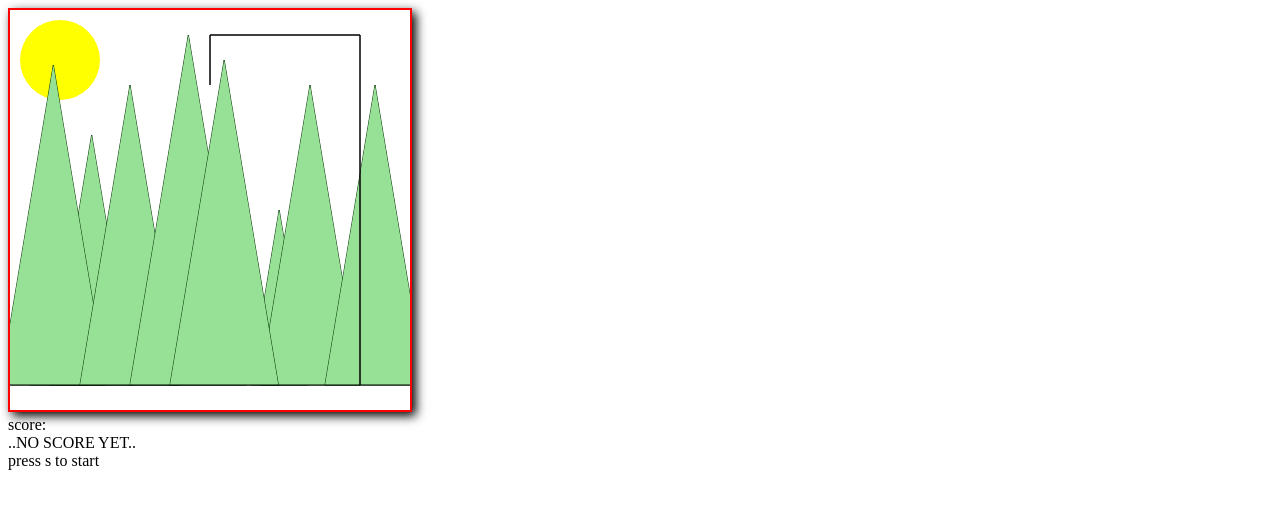
Repository: amp89/hangman
Page: hangmanJava/HangmanSpring/WebContent/index.html
An editor plug-in stored every save of this project. The page is shown before and after the next save, followed by the edit.
The browser window is 1280 px wide. The pictures show the whole page.
The page's requests for data from a server got no answer.

Above is the page before, as saved 2016-05-20 21:56:28.
Console error (its wording comes from the project's code and is left out).

### hangmanJava/HangmanSpring/WebContent/index.html
<!DOCTYPE html>

<html>
<head>
<link rel="stylesheet" type="text/css" href="css/stylesheet.css" />
</head>

<body>
  <canvas id="canvas" width="400" height="400"></canvas>
  <div id="parts"></div>

  <div id="message"></div>
  <div id="topScores"></div>
  <div id="clock"></div>
  <div id="initials"></div>
  <div id="guessedLetterBox"></div>
  <div id="wordbox"></div>
  score: <div id="score"></div>
  <div id="startPrompt">press s to start</div>

<script src="js/hangman.js"></script>
<!-- this one needs to go away -->
<!-- <script src="testDrawingStuff.js"></script> -->

</body>

</html>

### hangmanJava/HangmanSpring/WebContent/css/stylesheet.css

#canvas{
  border: 2px solid red;
  box-shadow: 4px 4px 10px 0px black;
}


#left{
	float:left;
	width:450px;
	height:auto;
	display:inline-block;
	text-align:center;
}

#left{
	float:right;
	width:500px;
	height:auto;
	display:inline-block;
	text-align:left;
}

### hangmanJava/HangmanSpring/WebContent/js/hangman.js
addEventListener('load',function(){
  console.log("hangman.js has been loaded.");
  setCanvasAndContext();
  getHighScores();
});

var topScores = document.getElementById('topScores');
var clock = document.getElementById('clock');
var score = document.getElementById('score');
score.innerHTML = "..NO SCORE YET..";
var intervalID = 0;
var parts = document.getElementById('parts');
//variables
var initials = document.getElementById('initials');
var wordBox = document.getElementById('wordbox');
var message = document.getElementById("message");
var guessedLetterBox = document.getElementById("guessedLetterBox");
var time = 60000; //1 min
var gameState = 0;
//0 - waiting to play, 1 - in game, 2 - win, 3 - lose 4 - prompt
var numberOfLettersInWord = 0;
var numberOfTurnsTaken = 0;
var score = 0;
//score is time left when won
var failNumber = 0;
var maxFails = 13;
//foreach fail number, a different part will be associated
//1 - head //2 - body //3 - l arm //4 - r arm //5 - l leg //6 - r leg
//7  - l hand  //8  - rhand //9  -l foot //10  - r foot // //11 - r eye //12 - l eye //13 - mouth P
var secretWord = "";
var secretWordLetters = [];
var correctlyGuessedLetters = [];
var guessedLetters = [];
var highScores = [];


var canvas = document.getElementById("canvas");
var ctx = canvas.getContext("2d");


var runTimer = function(){
  //if timer > 60s, die
  intervalID = setInterval(
    function(){

      clock.innerHTML = time/1000;
      time -= 1000;
      if(time <= 0){
    	  stopTimer();
        die();
      };
    },1000
  )};

//get a word from the database
var getWord = function(){
  //make restful call to database


  var xhr = new XMLHttpRequest();

  xhr.open('POST','../HangmanSpring/rest/getword/1');
  xhr.setRequestHeader('Content-type','application/json');
  xhr.onreadystatechange = function(){
  	if(xhr.readyState === 4 && xhr.status < 400){
  		//response test stuff
  		console.log(xhr.responseText);
  		console.log(JSON.parse(xhr.responseText));
  		secretWord = JSON.parse(xhr.responseText).name;


  	  var blankCount = secretWord.length;

  	  console.log("BLANKS TO WRITE: " + blankCount);
  	  for(var i = 0; i < blankCount; i++){

  	    secretWordLetters.push(secretWord[i].toUpperCase());
  	    correctlyGuessedLetters.push(" _ ");
  	  };
  	  //TODO test console printout
  	  for(var i = 0; i < secretWordLetters.length; i++){
  	    console.log(secretWordLetters[i]);
  	  }
  	  //print BLANKS (all that is in correctlyGuessedLetters is blanks rn)
  	  placeLetter();


  	}
  };

  //TODO comment this out to make it work
  xhr.send();
//   secretWord = "test";
  console.log("RETURNING SECRET WORD: " + secretWord);
  return secretWord;
};

//get top scores from database
var getHighScores = function(){
  //call to database to return high scores
  //5? 10?
	var xhr = new XMLHttpRequest();

	xhr.open('GET','../HangmanSpring/rest/topscores');
	xhr.setRequestHeader('Content-type','application/json');
	xhr.onreadystatechange = function(){
		if(xhr.readyState === 4 && xhr.status < 400){
			//response test stuff
			console.log(xhr.responseText);
			console.log(JSON.parse(xhr.responseText));
			highScores = JSON.parse(xhr.responseText);
			var ul = document.createElement('ul');
			ul.innerHTML = "TOP SCORES";

			for(var i = 0; i < highScores.length; i++){
				var li = document.createElement('li');
				li.innerHTML = highScores[i].initials + " " + highScores[i].score;
				ul.appendChild(li);
			}

			topScores.appendChild(ul);
		}
	};


	xhr.send();



};


var setScore = function(){
    score = time;
}
//submit score to database
var submitScore = function(){
//  console.log(time*secretWord.length);
//  console.log(document.getElementById('initials').innerHTML);
//  console.log("SUBMITTED SCORE " + score);

  var submitInitial = document.getElementById('initials').innerHTML;
  console.log('submit initial: ' + submitInitial);
  var submitScore = document.getElementById('score').innerHTML;
  console.log('submit score: ' + submitScore);
  var newScore = {
		  initials:submitInitial,
		  score:Number(submitScore)
  		};
  document.getElementById('score').innerHTML = "0";
  console.log(newScore);
  var newScoreJSON = JSON.stringify(newScore);
  console.log(newScoreJSON);

  var xhr = new XMLHttpRequest();

  xhr.open('POST','../HangmanSpring/rest/submitscore');
  xhr.setRequestHeader('Content-type','application/json');
  xhr.onreadystatechange = function(){
  	if(xhr.readyState === 4 && xhr.status < 400){
  		//response test stuff
  		console.log('score submission done');
  /* 		console.log(xhr2.responseText);
  		console.log(JSON.parse(xhr2.responseText)); */
  	}
  };

  xhr.send(newScoreJSON);


  gameState = 4;

};

//key listener
//most of game logic will be run from here, because its all key event based (obviously)
addEventListener('keyup',function(e){
  e.preventDefault();
  var characterPressed = "";
    if(e.keyCode < 91 && e.keyCode > 64){
      characterPressed =  String.fromCharCode(e.keyCode).toUpperCase();
    };
    console.log(characterPressed);

    if(gameState === 4 && e.keyCode === 13){
      gameState = 0;
      setupGame();
    }

    if(gameState === 4 && e.keyCode === 27){
      message.innerHTML = "FINE";
      exitProgram();
    }

    if(gameState === 3 && e.keyCode === 13){
      promptPlayAgain();
    }

    //submit nitial
    if(gameState === 2 && e.keyCode === 13){
      submitScore();
      promptPlayAgain();

    }
    //enter initials
    if(gameState === 2 && (e.keyCode < 91 && e.keyCode > 64)){

      if(initials.innerHTML.length < 3) //why does this have to be 3!?!?
      {
      initials.innerHTML += characterPressed;
      }


    }

    //this needs to be above the start or it will automatically guess s
    if(gameState === 1 && (e.keyCode < 91 && e.keyCode > 64)){
      console.log("playing!");
      //check if letter has already been guessed
      if(guessedLetters.indexOf(characterPressed) === -1){
        guessedLetters.push(characterPressed);

        checkLetters(characterPressed);
      }else{
        message.innerHTML = "That letter was already guessed, try again stupid.";
      }

    }

  if(gameState === 0 && characterPressed === 'S'){
    console.log("GAMESTATE:" + gameState);
    console.log("START PRESSED");
    setupGame();
  }



  //esc, are you sure you want to quit

});

var setupGame = function(){
  parts.innerHTML = "NUMBER OF FAILS: 0";
  guessedLetters = [];
  guessedLetterBox.innerHTML = "";
  initials.innerHTML = "";
  wordBox.innerHTML = "";
  message.innerHTML = "";
  console.log("failnumber IST " + failNumber);
    correctlyGuessedLetters = [];
    secretWordLetters = []
    secretWord = "";
  time = 60000; //1 min
  gameState = 0;
  //0 - waiting to play, 1 - in game, 2 - win, 3 - lose
  numberOfTurnsTaken = 0;
  score = 0;
  console.log("failnumber IST " + failNumber);
  setCanvasAndContext();
  //score is time left when won
   //i messed up somewhere so its gettign set to one when ethe player restarts

  runTimer();
  displayBlanks();
  //switch gameState to in game;
  gameState = 1;
  failNumber = 0;
  console.log("gstate ist " + gameState);
  console.log("failnumber IST " + failNumber);

}

//display blank spaces based on number of letters in the word
var displayBlanks = function(){
	getWord();

};

//check if letters are in the word
var checkLetters = function(characterPressed){
  //put the guessed letter on the screeen
  guessedLetterBox.innerHTML += " " + characterPressed + " ";
  //send index to place letter thing foreach time the letter is in the thing
  console.log("checking letters now......");
  console.log("NUMBER OF MISSES = " + failNumber);
  var correctWordCountForTurn = 0;
  for(var i = 0; i<secretWordLetters.length; i++){
    if(secretWordLetters[i] === characterPressed){
      //place letter fuction
      correctlyGuessedLetters[i] = characterPressed;
      correctWordCountForTurn++;
    }
  };
  if(correctWordCountForTurn < 1){
    failNumber++; //TODO on restart, its incrementing here
    drawOnCanvas(failNumber);
    console.log("FAIL NUMBER IS NOW: " + failNumber);
    placePart();
    //test
    for(var i = 0; i < correctlyGuessedLetters.length; i++){
      console.log(correctlyGuessedLetters[i]);
    };

  }
  placeLetter();
  //if correctly guessed letters contain no " _ "
  if((correctlyGuessedLetters.indexOf(" _ ") === -1) && (failNumber < maxFails)){
    //stop timer
    stopTimer();
    win();
  }else if(failNumber >= maxFails){
    //stop timer
    stopTimer();
    die();
  }

};
var stopTimer = function(){
    clearInterval(intervalID);

}

//win
var win = function(){
  message.innerHTML = "WOW YOU WIN";
  console.log("win function, omg you won ur so smart");
  message.innerHTML = "Enter your initials, and press Enter.";
  setScore();
  console.log("SCORE:::: " + score);
//  var scoreout = "score: " + score;
  var scoreDiv = document.getElementById('score');
  scoreDiv.innerHTML = score;
  gameState = 2;
};
//lose
var die = function(){
  message.innerHTML = "WOW YOU SUCK press enter to continue";
  gameState = 3;
};
//replace a blank with a letter
var placeLetter = function(index,char){
  wordBox.innerHTML = "";
  for(var i = 0; i < correctlyGuessedLetters.length; i++){

    wordBox.innerHTML += " "+correctlyGuessedLetters[i]+" ";
  }
};
//place a part on the hangman guy
var placePart = function(){

  parts.innerHTML = "NUMBER OF FAILS: " + failNumber;
};
//play again
var promptPlayAgain = function(){
  gameState = 4;
  //top scores
//  topScores.style.display = "none";
//  //clock
//  clock.style.display = 'none';
//
//  //initials
//  initials.style.display = 'none';
//  //guessedLetterBox
//  guessedLetterBox.style.display = 'none';
//  //wordbox
//  wordBox.style.display = 'none';
//
//  //score
//  score.style.display = 'none';
  //startPrompt
  message.innerHTML = "Wanna play again? Enter for yes, Escape for no.";

};



//canvas stuff

var setCanvasAndContext = function(){
  ctx.clearRect(0,0,400,400);
  drawSun();
  drawTree(20,175);
  drawTree(40,250);
  drawTree(-10,320);
  drawTree(70,300);
  drawTree(240,175);
  drawTree(250,300);
  drawTree(120,350);
  drawTree(160,325);
  drawTree(315,300);
  drawNoose();
};

var drawSun = function(){
  ctx.beginPath();
  var x = 50;
  var y = 50;
  ctx.arc(x,y,40,0,2*Math.PI);
  ctx.fillStyle = 'yellow';
  ctx.strokeStyle = 'black';
  ctx.fill();
  // ctx.stroke();
  //make sure it goes back to black
  ctx.fillStyle = 'black';
};

var drawTree = function(x,y){
  console.log("drawing tree")
  ctx.beginPath();
  var x = x;
  ctx.moveTo(x,375);
  ctx.lineTo(x+(y/6),(375-y));
  ctx.lineTo(x+y/3,375);


  ctx.fillStyle = "rgb(150,225,150)";
  ctx.strokeStyle = "rgb(0,50,0)";
  // ctx.fill()
  // ctx.stroke();
  ctx.closePath();
  ctx.stroke();
  ctx.fill();
  ctx.fillStyle = 'black';
  ctx.strokeStyle = 'black';
}

var drawNoose = function(){
  ctx.beginPath()
  ctx.moveTo(200,75);
  ctx.lineTo(200,25);
  ctx.lineTo(350,25);
  ctx.lineTo(350,375);
  ctx.stroke();
  ctx.moveTo(0,375);
  ctx.lineTo(400,375);
  ctx.stroke();
}

//1
var drawHead = function(){
  console.log('drawing head');
ctx.beginPath();
ctx.fillStyle = 'white';
ctx.strokeStyle = 'black';
// ctx.fillStyle = 'black';
ctx.arc(200,115,40,0,2*Math.PI)
ctx.stroke();
ctx.fill();
};
// ctx.fillStyle = 'black';

// ctx.fill();
//2
var drawBody = function(){
  ctx.beginPath();
  ctx.moveTo(200,155);
  ctx.lineTo(200,260);
  ctx.stroke();
};
//3
var drawLeftArm = function(){
  ctx.beginPath();
  ctx.moveTo(200,200);
  ctx.lineTo(130,160);
  ctx.stroke();
};
//4
var drawRightArm = function(){
  ctx.beginPath();
  ctx.moveTo(200,200);
  ctx.lineTo(270,160);
  ctx.stroke();
};
//5
var drawLeftLeg = function(){
  console.log('left leg');
  ctx.beginPath();
  ctx.moveTo(200,260);
  ctx.lineTo(150,330);
  ctx.stroke();
};
//6
var drawRightLeg = function(){
  console.log('left leg');
  ctx.beginPath();
  ctx.moveTo(200,260);
  ctx.lineTo(250,330);
  ctx.stroke();
};
//7
var drawRightHand = function(){
  ctx.beginPath();
  ctx.fillStyle = 'white';
  ctx.strokeStyle = 'black';
  var x = (270 + 7.07106781187);
  var y = (160 - 7.07106781187);
  ctx.arc(x,y,10,0,2*Math.PI);
  ctx.stroke();
  ctx.fill();
};
//8
var drawLeftHand = function(){
  ctx.beginPath();
  ctx.fillStyle = 'white';
  ctx.strokeStyle = 'black';
  var x = (130 - 7.07106781187);
  var y = (160 - 7.07106781187);
  ctx.arc(x,y,10,0,2*Math.PI);
  ctx.stroke();
  ctx.fill();
};
//9
var drawRightFoot = function(){
  ctx.beginPath();
  ctx.fillStyle = 'white';
  ctx.strokeStyle = 'black';
  var x = (250 + 7.07106781187);
  var y = (330 + 7.07106781187);
  ctx.arc(x,y,10,0,2*Math.PI);
  ctx.stroke();
  ctx.fill();
};
//10
var drawLeftFoot = function(){
  ctx.beginPath();
  ctx.fillStyle = 'white';
  ctx.strokeStyle = 'black';
  var x = (150 - 7.07106781187);
  var y = (330 + 7.07106781187);
  ctx.arc(x,y,10,0,2*Math.PI);
  ctx.stroke();
  ctx.fill();
};
//11
var drawLeftEye = function(){
  ctx.beginPath();
  var x = (190);
  var y = (105);
  ctx.arc(x,y,8,0,2*Math.PI);
  ctx.stroke();
};
//12
var drawRightEye = function(){
  ctx.beginPath();
  var x = (210);
  var y = (105);
  ctx.arc(x,y,8,0,2*Math.PI);
  ctx.stroke();
};
//13
var drawMouth = function(){
  ctx.beginPath();
  var x = (200);
  var y = (130);
  ctx.arc(x,y,8,0,Math.PI,true);
  ctx.stroke();
};

var exitProgram = function(){
  ctx.clearRect(0,0,400,400);

  ctx.fillStyle = "white";
  ctx.strokeStyle = "black";
  ctx.beginPath();
  ctx.arc(75,75,30,0,2*Math.PI);
  ctx.stroke();
  ctx.beginPath();
  ctx.arc(325,75,30,0,2*Math.PI);
  ctx.stroke();

    ctx.beginPath();

    ctx.arc(200,300,150,0,Math.PI,true);
    ctx.stroke();
    ctx.fillStyle = "black";
    ctx.font = "40px Arial";
    ctx.fillText("GOODBYE",90,350);

};

var drawAllTestDeleteThis = function(){
  setCanvasAndContext();


  drawHead();
  drawBody();
  drawLeftArm();
  drawRightArm();
  drawLeftLeg();
  drawRightLeg();
  drawRightHand();
  drawLeftHand();
  drawRightFoot();
  drawLeftFoot();
  drawLeftEye();
  drawRightEye();
  drawMouth();




};

//draw switch
var drawOnCanvas = function(failNumber){
  switch (failNumber) {
    case 1:drawHead();break;
    case 2:drawBody();break;
    case 3:drawLeftArm();break;
    case 4:drawRightArm();break;
    case 5:drawLeftLeg();break;
    case 6:drawRightLeg();break;
    case 7:drawLeftHand();break;
    case 8:drawRightHand();break;
    case 9:drawLeftFoot();break;
    case 10:drawRightFoot();break;
    case 11:drawLeftEye();break;
    case 12:drawRightEye();break;
    case 13:drawMouth();break;

    default:

  }
}

After the next save:
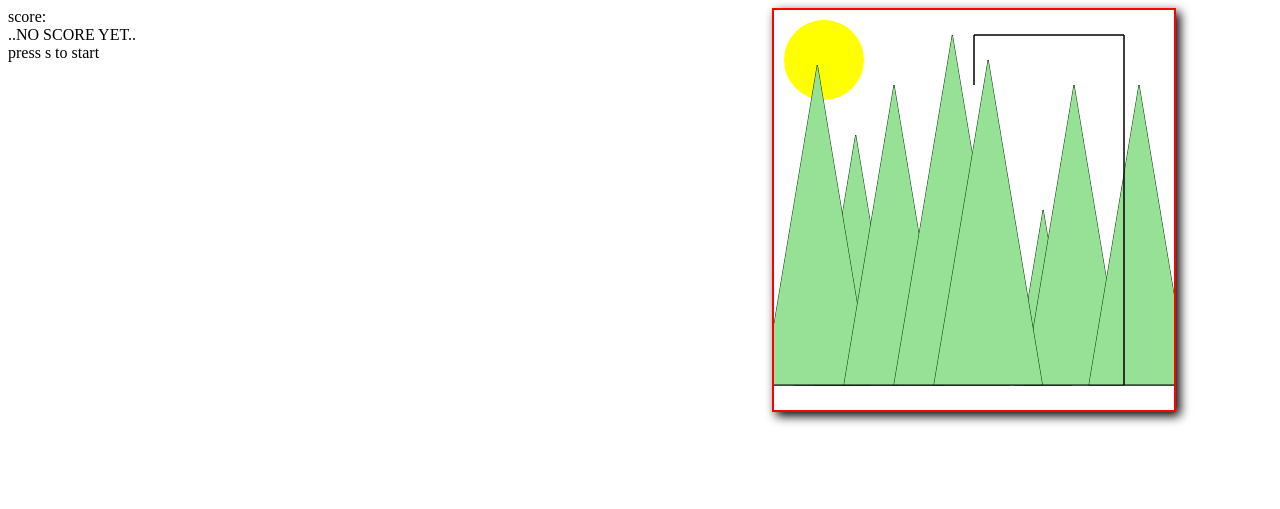
Saved 21 s later.
--- a/hangmanJava/HangmanSpring/WebContent/index.html
+++ b/hangmanJava/HangmanSpring/WebContent/index.html
@@ -6,7 +6,10 @@
 </head>
 
 <body>
+<div id="left">
   <canvas id="canvas" width="400" height="400"></canvas>
+</div>
+<div id="right">
   <div id="parts"></div>
 
   <div id="message"></div>
@@ -17,6 +20,7 @@
   <div id="wordbox"></div>
   score: <div id="score"></div>
   <div id="startPrompt">press s to start</div>
+</div>
 
 <script src="js/hangman.js"></script>
 <!-- this one needs to go away -->
